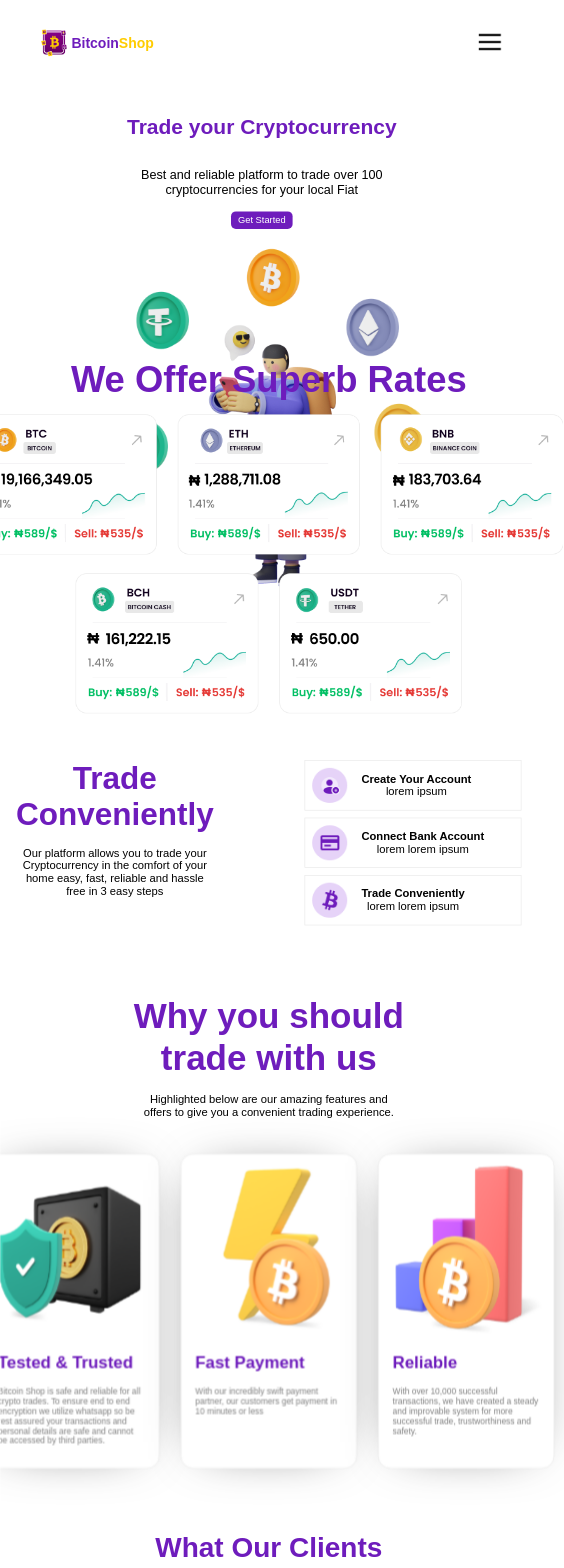
Repository: akinmiday/bitcoinshop-website
Page: /
The author's editor kept a copy of each file at every save. The page is drawn from the files as they stood at one save, then again after the next save.
The browser window is 768 px wide. The page is 805 px wide, so the pictures cover 805 px, including what lies to the right of the window. The pictures show the part of the page from y = 0 to 2240 px (the page is 3084 px tall), at 70% of full size.
The project was rebuilt for these pictures with package versions that can differ from the ones it lists, and the page was loaded fresh each time. Also part of the build but not shown: vite.config.js.

Above is the page before, as saved 2023-07-12 05:52:09.

### src/App.jsx
import React from 'react'
import { Route, createBrowserRouter, RouterProvider, createRoutesFromElements } from "react-router-dom"
import './App.css'
import Layout from './components/layout'
import TitlePage from './pages/title'
import Rates from './pages/rates'



const router = createBrowserRouter(createRoutesFromElements(
  <Route path='/' element={<Layout />} >
    <Route index element={<TitlePage />} />
    <Route element={<Rates />} />

  </Route>
))

function App() {

  return (
    <RouterProvider router={router} />
  )
}

export default App

### src/index.css
*{
    margin: 0;
    padding: 0;
    box-sizing: border-box;
    /* font-family: 'Segoe UI', Tahoma, Geneva, Verdana, sans-serif ; */
    font-family: 'Poppins', sans-serif;
}

.header{
    display: flex;
    color:#6E1CBC;
    display: flex;
    align-items: center;
    border-bottom: #EAEAEA solid 1px;
    height: 60px;
    flex-shrink: 0;
    justify-content: space-between;
    padding: 20px;
}

.left-side-header{
  display: flex;
    align-items: center;
    font-weight: 500;
}

.left-side-header > img{
  padding: 5px;
    height: 50px;
}


.right-side-header{
    display: flex;
    align-items: center;
    font-weight: 500;
}

.right-side-header > img{
    padding: 10px;
    height: 44px;

}

.shop-logo{
    color:#FFCC00 ;
}


.middle-section-header {
    display: flex;
    justify-content: center;
    align-items: center;
    gap: 20px;
}

.right-side-header >button {
    background-color: #6E1CBC;
    color: #ffffff;
    padding: 5px 10px;
    border-radius: 8px;
    border: none;
}

.menu-icon-header{
display: none;
}

.footer{
    background-color: #6E1CBC;
    color: #ffffff;
    display: flex;
    justify-content: center;
    align-items: center;
    margin-top: auto;
    flex-shrink: 0;
    height: 45px;
}

.title-section{
    display: flex;
    padding: 30px;
    height: 400px;
    justify-content: space-around;

}



.left-side-title{
    width: 450px;
    padding: 20px;
}

.left-side-title > h1{
    color: #6E1CBC;
    font-size: 62px;
    font-style: normal;
    font-weight: 700;
    line-height: 78px;


}

.left-side-title > p{
    font-size: 18px;
    padding: 20px 0;
}

.left-side-title >button{
    color: #ffffff;
    background-color: #6E1CBC;
    padding: 5px 10px;
    border-radius: 7px;
    text-align: center;
    border: none;
}

.rates-section{
    color: #6E1CBC;
    text-align: center;
    font-size: 26px;
}

.rates-section h1 {
    padding: 20px;
}

.rates-section img{
    height: 200px;
}


.top-row-rates-section {
    display: flex;
    justify-content: center;
    margin-bottom: 20px;
    gap: 30px;
  }

.bottom-row-rates-section {
    display: flex;
    justify-content: center;
    gap: 30px;
  }

.trade-section{
    margin-top: 30px;
    display: flex;
    justify-content: center;
    align-items: flex-start;
    gap: 110px;
    flex-shrink: 0;
    padding: 20px;
  }

.left-trade-section{
    width: 400px;

  }

.left-trade-section h1 {
    color: #6E1CBC;
    font-size: 45px;
    padding: 10px;
  }

.left-trade-section p{
    padding: 10px;
  }

.trade-link-section >div{
    display: flex;
    align-items: center;
    width: 310px;
    padding: 10px;
    margin: 10px;
    border: #EAEAEA 1px solid;
  }

.trade-link-section > div >img{
    height: 50px;
    margin-right: 20px;
  }
  .trade-with-us{
    text-align: center;

    margin-top: 50px;
  }

.trade-with-us-heading > h1{
    color: #6E1CBC;
    font-size: 50px;
    line-height: 60px;
    padding: 20px;
  }

.trade-with-us-icon-section{
    display: flex;
    margin-top: 20px;
    padding-top: 30px;
    gap: 30px;
    justify-content: center;
    align-items: center;
    padding-bottom: 20px;
  }

.trade-with-us-icon-section >div{
    border-radius: 18px;
    border: 1px solid #EAEAEA;
    background: #FFF;
    backdrop-filter: blur(100px);
    width: 260px;
    height: 450px;
    text-align: left;
    box-shadow: -2px 0px 74px -36px rgba(0,0,0,0.71);
    -webkit-box-shadow: -2px 0px 74px -36px rgba(0,0,0,0.71);
    -moz-box-shadow: -2px 0px 74px -36px rgba(0,0,0,0.71);
  }

.trade-with-us-icon-section div >h2{
    color: #6E1CBC;
    padding: 20px;
  }

.trade-with-us-icon-section div >p{
    padding: 0 20px;
    font-size: 12px;
    color: #808080;
  }

.trade-with-us-icon-section img {
    width: 250px;
    height: 250px;
    margin-top: 10px;
  }

.carousel-area{
    display: flex;
    align-items: center;
    justify-content: center;
    gap: 20px;
    margin-top: 60px;
  }

.review-section{
    text-align: center;
    margin-top: 50px;

  }

.review-section h1{
    font-size: 40px;
    padding: 20px;
    color: #6E1CBC;
  }

.review-card{
    width: 70%;
    position: relative;
    align-items: center;


  }

.review-card-area {
    position: relative;
    display: flex;
    align-items: center;
    justify-content: center;

  }

.review-card-area h2{
    position: absolute;
    color: black;
    font-size: 18px;
    top: 70px;


  }

.review-card-area > p {
    position: absolute;
    font-size: 12px;
    width: 370px;
    color: black;
    top: 100px;
  }

.review-image{
    border-radius: 102px;
    border: 5px solid #6E1CBC;
    background: url(<path-to-image>), lightgray 50% / cover no-repeat, #C4C4C4;
    width: 102px;
    height: 102px;
    flex-shrink: 0;
    position: absolute;
    top: -50px;

  }

.trade-count-area{
    padding: 20px;
    margin-top: 30px;
    margin-bottom: 50px;
  }

.trade-count-area h1{
    font-size: 60px;
    color: #6E1CBC;
  }

.trade-count-area p{
    font-size: 35px;
    margin-top: -20px;
  }


.contact-section-area{
  display: flex;
  justify-content: space-around;
  border-top: #C4C4C4 1px solid;
  padding: 25px 15px;
}

.contact-section-area >div{
  margin-top: 20px;

}
.social-contact-area{
  display: flex;

}

.social-contact-area >img{
  width:100px;
  height: 100px;
  padding: 5px;
}

.social-contact-area >div >h1{
  color: #6E1CBC;
  padding: 3px 10px;
}

.social-icon-container{
  display: flex;
  padding-left: 10px;
  gap: 7px;
}

.contacts-area h3{
  color: #6E1CBC;
  font-size: smaller;
}

.contacts-area h4{
  font-size: smaller;
}

.contacts-area div{
  padding: 3px;
  padding-top: 10px;
}

a{
  text-decoration: none;
  color: black;
}


/* media queries */

@media (max-width: 800px) {


  /* header section */

.header{
  border: none;
}

.left-side-header >h3{
  font-size: 20px;
}

.middle-section-header{
  display: none;
}
.right-side-header{
  display: none;
}

.menu-icon-header{
 display: block;
}


/* title section */


.title-section{
  display: grid;
}

.left-side-title > h1{
  font-size: 30px;
}
}

### src/components/layout.jsx
import React from "react";
import { Outlet } from "react-router-dom";
import Header from "./header";
import Footer from "./footer";
import Rates from "../pages/rates";


export default function Layout() {
    return (<>
        <Header />
        <main>
            <Outlet />
        </main>
        <Footer />
    </>)
}

### src/pages/title.jsx
import React from "react";
import groupIcons from "../assets/Group-icons-title.png"
import Rates from "./rates";
import TradeSection from "./tradeSection";
import TradeWithUs from "./tradewithus";
import Reviews from "./reviews";
import ContactSection from "./contactSection";

export default function TitlePage() {
    return (<>
        <div className="title-section" >
            <div className="left-side-title" >
                <h1>Trade your Cryptocurrency</h1>
                <p>Best and reliable platform to trade over 100 cryptocurrencies for your local Fiat</p>
                <button>Get Started</button>
            </div>
            <img src={groupIcons} />
        </div>
        <Rates />
        <TradeSection />
        <TradeWithUs />
        <Reviews />
        <ContactSection />
    </>
    )
}

### src/pages/rates.jsx
import React from "react";
import btcTrend from "../assets/bitcoin-trend-Item.png"
import ethTrend from "../assets/ETH-Trend-Item.png"
import bnbTrend from "../assets/BNB-Trend-Item.png"
import bchTrend from "../assets/BCH-Trend-Item.png"
import usdtTrend from "../assets/USDT-Trend-Item.png"

export default function Rates() {
    return (
        <div className="rates-section">
            <h1>We Offer Superb Rates</h1>
            <div className="top-row-rates-section">
                <div><img src={btcTrend} /></div>
                <div><img src={ethTrend} /></div>
                <div><img src={bnbTrend} /></div>
            </div>
            <div className="bottom-row-rates-section">
                <div><img src={bchTrend} /></div>
                <div><img src={usdtTrend} /></div>
            </div>
        </div>
    );
}

### src/components/header.jsx
import React from "react";
import logoImg from "../assets/bitcoinshop-logo.png"
import lightIcon from "../assets/Light-icon.png"
import menuIcon from "../assets/Menu.png"


export default function Header() {
    return (<div className="header" >
        <div className="left-side-header" ><img src={logoImg} />
            <h3>Bitcoin<span className="shop-logo" >Shop</span></h3>
        </div>
        <div className="middle-section-header" >
            <h4>Home</h4>
            <h4>Contact us</h4>
            <h4>About us</h4>
            <h4>FAQs</h4>
            <h4>Terms of Service</h4>
        </div>
        <div className="right-side-header" >
            <img src={lightIcon} />
            <button>Trade now</button>
        </div>
        <div className="menu-icon-header" >
            <img src={menuIcon} />
        </div>


    </div>)
}

### src/components/footer.jsx
import React from "react";

export default function Footer() {
    return (<>
        <div className="footer" >&#169; 2021 BitcoinShop. All rights reserved</div>
    </>)
}

### src/pages/tradeSection.jsx
import React from "react";
import profileIcon from "../assets/profile-icon.png"
import debitCardIcon from "../assets/debit-card-icon.png"
import bitcoinIcon from "../assets/bitcoin-icon.png"

export default function TradeSection() {
    return (
        <div className="trade-section">
            <div className="left-trade-section" >
                <h1>Trade Conveniently</h1>
                <p>Our platform allows you to trade your Cryptocurrency in the comfort of your home
                    easy, fast, reliable and hassle free in 3 easy steps
                </p>
            </div>
            <div className="trade-link-section" >
                <div>
                    <img src={profileIcon} />
                    <div>
                        <h4>Create Your Account</h4>
                        <p>
                            lorem ipsum
                        </p>
                    </div>
                </div>

                <div>
                    <img src={debitCardIcon} />
                    <div>
                        <h4>Connect Bank Account</h4>
                        <p>
                            lorem lorem ipsum
                        </p>
                    </div>
                </div>

                <div>
                    <img src={bitcoinIcon} />
                    <div>
                        <h4>Trade Conveniently</h4>
                        <p>
                            lorem lorem ipsum
                        </p>
                    </div>
                </div>
            </div>
        </div>
    )
}

### src/pages/tradewithus.jsx
import React from "react";
import securedIcon from "../assets/secured.png"
import fastPaymentIcon from "../assets/fast-payment.png"
import reliableIcon from "../assets/reliable.png"

export default function TradeWithUs() {
    return (
        <div className="trade-with-us" >
            <div className="trade-with-us-heading" >
                <h1>Why you should <br /> trade with us</h1>
                <p>Highlighted below are our amazing features and <br /> offers
                    to give you a convenient trading experience.
                </p>
            </div>
            <div className="trade-with-us-icon-section" >
                <div>
                    <img src={securedIcon} />
                    <h2>Tested & Trusted</h2>
                    <p>Bitcoin Shop is safe and reliable for all crypto trades. To ensure end to end encryption we utilize whatsapp
                        so be rest assured your transactions and personal details are safe and cannot be accessed by third parties.
                    </p>
                </div>
                <div>
                    <img src={fastPaymentIcon} />
                    <h2>Fast Payment</h2>
                    <p>With our incredibly swift payment partner, our customers get payment in 10 minutes or less</p>
                </div>
                <div>
                    <img src={reliableIcon} />
                    <h2>Reliable</h2>
                    <p>With over 10,000 successful transactions, we have created a steady and improvable system for more successful trade,
                        trustworthiness and safety.
                    </p>
                </div>
            </div>
        </div>
    )
}

### src/pages/reviews.jsx
import React from "react";
import reviewCard from "../assets/review-card.png"
import toRightIcon from "../assets/to-right-carousel.png"
import toLeftIcon from "../assets/to-left-carousel.png"
import profileIcon from "../assets/profile-icon.png"

export default function Reviews() {
    return (
        <div className="review-section" >
            <h1>What Our Clients<br />Say About Us</h1>

            <div className="carousel-area" >
                <div>
                    <img src={toLeftIcon} />
                </div>
                <div className="review-card-area" >
                    <img className="review-card" src={reviewCard} />
                    <img className="review-image" src={profileIcon} />
                    <h2>Bayo Midey</h2>
                    <p>Lorem ipsum dolor sit amet, consectetur adipiscing elit, sed do eiusmod tempor incididunt ut labore et dolore magna aliqua. Ut enim ad minim veniam, quis nostrud exercitation ullamco laboris nisi ut aliquip ex ea commodo consequat.</p>
                </div>
                <div>
                    <img src={toRightIcon} />
                </div>
            </div>
            <div className="trade-count-area" >
                <h1 >13,000+</h1>
                <p>Successful trades</p>
            </div>

        </div>
    )
}

### src/pages/contactSection.jsx
import React from "react";
import instagramIcon from "../assets/instagram-ic.png"
import facebookIcon from "../assets/facebook-ic.png"
import twitterIcon from "../assets/twitter-ic.png"
import youtubeIcon from "../assets/youtube-ic.png"
import logoImg from "../assets/logo-large.png"

export default function ContactSection() {
    return (
        <div className="contact-section-area">
            <div className="social-contact-area" >
                <img src={logoImg} />
                <div>
                    <h1>Bitcoin<span className="shop-logo" >Shop</span></h1>
                    <div className="social-icon-container" >
                        <img src={instagramIcon} />
                        <img src={facebookIcon} />
                        <img src={twitterIcon} />
                        <img src={youtubeIcon} />
                    </div>
                </div>
            </div>
            <div className="contacts-area" >
                <div >
                    <h3>Contact</h3>
                    <h4 ><a href="+2348124577931">+2348124577931</a></h4>
                </div>

                <div>
                    <h3>Email Address</h3>
                    <h4  ><a href="mailto: info@bitcoinshop.tech ">info@bitcoinshop.tech</a></h4>
                </div>

                <div>
                    <h3>Address</h3>
                    <h4>Area 5 Preboyes Complex Bodija,<br /> Ibadan Oyo.</h4>
                </div>
            </div>

            <div className="contacts-area">
                <div><h3>Home</h3></div>
                <div><h4>Conatct Us</h4></div>
                <div><h4>About Us</h4></div>
                <div><h4>FAQs</h4></div>
                <div><h4>Terms of Service</h4></div>
            </div>

        </div>

    )
}

Loaded but not shown: src/main.jsx (common file); src/App.css (common file)

After the next save:
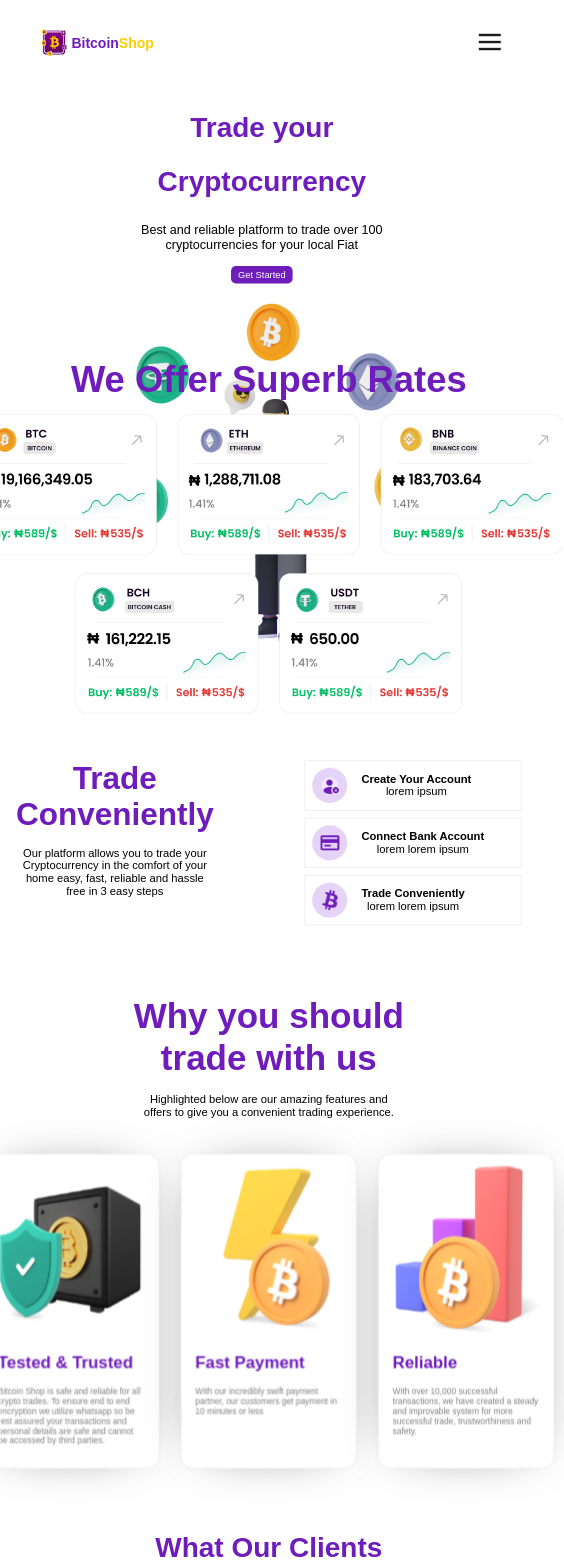
Saved 10 s later.
--- a/src/index.css
+++ b/src/index.css
@@ -405,6 +405,6 @@
 }
 
 .left-side-title > h1{
-  font-size: 30px;
-}
-}
+  font-size: 40px;
+}
+}
